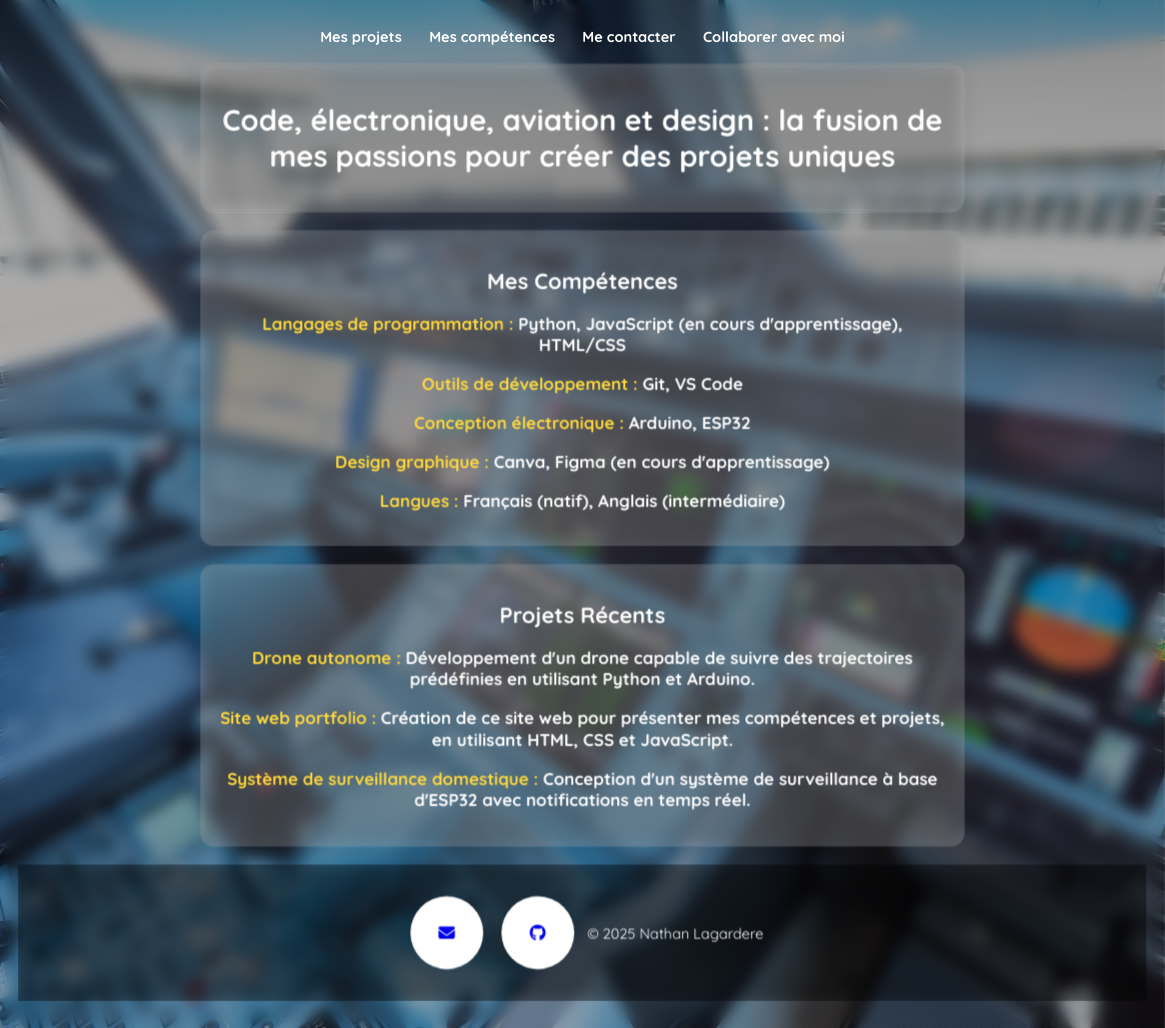
Repository: nlagardere/myportfolio
Page: index - Copie.html
These files come from the project's save history. The page is drawn as it stood at one moment and after a run of saves; the edit follows.
The browser window is 1280 px wide. The pictures show the whole page, at 91% of full size.

Above is the page before, as saved 2025-09-06 10:28:15.

### index - Copie.html
<!DOCTYPE html>
<html lang="fr">
<head>
  <meta charset="UTF-8">
  <meta name="viewport" content="width=device-width, initial-scale=1.0">
  <title>Portfolio</title>

  <!-- Google Fonts -->
  <link href="https://fonts.googleapis.com/css2?family=Exo+2:wght@400;700&family=Quicksand:wght@400;700&display=swap" rel="stylesheet">
  <!-- Font Awesome -->
  <link rel="stylesheet" href="https://cdnjs.cloudflare.com/ajax/libs/font-awesome/6.5.0/css/all.min.css">

  <style>
    /* ========== BODY & LAYOUT ========== */
    body {
      font-family: 'Quicksand', sans-serif;
      margin: 0;
      padding: 0;
      min-height: 100vh;
      display: flex;
      flex-direction: column;
      background: url('a350.jpg') no-repeat center center;
      background-size: cover;
      color: #fff;
    }

    header {
      text-align: center;
      padding: 30px 20px;
      background: rgba(0,0,0,0.3);
      backdrop-filter: blur(8px);
    }

    /* ========== GLASS CARD ========== */
    .glasscard, .competences {
      background: rgba(255, 255, 255, 0.2);
      border-radius: 15px;
      padding: 20px;
      margin: 20px auto;
      max-width: 800px;
      backdrop-filter: blur(10px);
      box-shadow: 0 4px 30px rgba(0,0,0,0.1);
      text-align: center;
      animation: zoomPop 1s ease forwards;
      color: white;
    }

    .highlight {
      color: #FFD93D;
      font-weight: bold;
    }

    @keyframes zoomPop {
      0% { opacity: 0; transform: scale(0.1) translateZ(-800px); }
      60% { opacity: 1; transform: scale(1.2) translateZ(50px); }
      80% { transform: scale(0.95) translateZ(0); }
      100% { opacity: 1; transform: scale(1) translateZ(0); }
    }

    /* ========== ACRONYM ========== */
    .acronym-container {
      display: flex;
      justify-content: center;
      gap: 10px;
      flex-wrap: wrap;
      perspective: 1000px;
    }

    .letter-block {
      flex: none;
      text-align: center;
      opacity: 0;
      transform: scale(0.1) translateZ(-800px);
      animation: zoomPop 0.8s cubic-bezier(0.25, 1.5, 0.5, 1) forwards;
    }

    .letter-block:nth-child(1) { animation-delay: 0s; }
    .letter-block:nth-child(2) { animation-delay: 0.1s; }
    .letter-block:nth-child(3) { animation-delay: 0.2s; }
    .letter-block:nth-child(4) { animation-delay: 0.3s; }
    .letter-block:nth-child(5) { animation-delay: 0.4s; }
    .letter-block:nth-child(6) { animation-delay: 0.5s; }

    .letter-block .letter {
      font-size: 4em;
      font-weight: bold;
      font-family: 'Exo 2', sans-serif;
      background: linear-gradient(45deg, #FF6B6B, #FFD93D);
      -webkit-background-clip: text;
      -webkit-text-fill-color: transparent;
      transition: filter 0.2s;
    }

    .letter-block .letter:hover {
      filter: brightness(1.2);
    }

    .letter-block .desc {
      font-size: 1.2em;
      margin-top: 5px;
    }

    /* ========== SOCIAL ICONS ========== */
    .wrapper {
      display: inline-flex;
      justify-content: center;
      list-style: none;
      padding: 20px 0;
      margin: 0 auto;
    }

    .wrapper .icon {
      position: relative;
      background: #ffffff;
      border-radius: 50%;
      padding: 15px;
      margin: 0 10px;
      width: 50px;
      height: 50px;
      font-size: 18px;
      display: flex;
      justify-content: center;
      align-items: center;
      cursor: pointer;
      transition: all 0.2s cubic-bezier(0.68, -0.55, 0.265, 1.55);
    }

    .wrapper .tooltip {
      position: absolute;
      bottom: 100%;
      left: 50%;
      transform: translateX(-50%) translateY(-10px);
      font-size: 14px;
      background: #333;
      color: #fff;
      padding: 5px 8px;
      border-radius: 5px;
      opacity: 0;
      pointer-events: none;
      white-space: nowrap;
      transition: all 0.3s cubic-bezier(0.68, -0.55, 0.265, 1.55);
      z-index: 10;
    }

    .wrapper .tooltip::before {
      content: "";
      position: absolute;
      top: 100%;
      left: 50%;
      transform: translateX(-50%) rotate(45deg);
      width: 8px;
      height: 8px;
      background: #333;
    }

    .wrapper .icon:hover .tooltip {
      opacity: 1;
      pointer-events: auto;
      transform: translateX(-50%) translateY(-15px);
    }

    .wrapper .mail:hover,
    .wrapper .mail:hover .tooltip,
    .wrapper .mail:hover .tooltip::before {
      background: #00CED1;
      color: #fff;
    }

    .wrapper .github:hover,
    .wrapper .github:hover .tooltip,
    .wrapper .github:hover .tooltip::before {
      background: #333333;
      color: #fff;
    }

    /* ========== FOOTER ========== */
    .footer{
      text-align: center;
      padding: 15px 20px;
      background: rgba(0,0,0,0.3);
      backdrop-filter: blur(8px);
      color: white;
      margin-top: auto; /* ça force le footer en bas */

    }

    /* ========== NAVBAR ========== */
    .navbar ul {
      list-style: none;
      padding: 0;
      margin: 0;
      display: flex;
      justify-content: center;
      gap: 30px;
      flex-wrap: wrap;
    }
    .navbar ul li {
      display: inline;
    }
    .navbar ul li a {
      text-decoration: none;
      color: white;
      font-weight: bold;
      transition: color 0.3s;
    }
    .navbar ul li a:hover {
      color: #FFD93D;
    }


    /* ========== RESPONSIVE ========== */
    @media (max-width: 600px) {
      .letter-block .letter {
        font-size: 2.5em;
      }
    }

  </style>
</head>
<body>
  <header>
    <nav class="navbar">
      <ul>
        <li><a href="projects.html">Mes projets</a></li>
        <li><a href="competences.html">Mes compétences</a></li>
        <li><a href="contact.html">Me contacter</a></li>
        <li><a href="collaborate.html">Collaborer avec moi</a></li>
      </ul>
    </nav>

  <div class="glasscard">
    <h1>Code, électronique, aviation et design : la fusion de mes passions pour créer des projets uniques</h1>
  </div>

  <div class="competences">
    <h2>Mes Compétences</h2>
    <h3><span class="highlight">Langages de programmation :</span> Python, JavaScript (en cours d'apprentissage), HTML/CSS</h3>
    <h3><span class="highlight">Outils de développement :</span> Git, VS Code</h3>
    <h3><span class="highlight">Conception électronique :</span> Arduino, ESP32</h3>
    <h3><span class="highlight">Design graphique :</span> Canva, Figma (en cours d'apprentissage)</h3>
    <h3><span class="highlight">Langues :</span> Français (natif), Anglais (intermédiaire)</h3>
  </div>

  <div calss="projects">
    <div class="glasscard">
      <h2>Projets Récents</h2>
      <h3><span class="highlight">Drone autonome :</span> Développement d'un drone capable de suivre des trajectoires prédéfinies en utilisant Python et Arduino.</h3>
      <h3><span class="highlight">Site web portfolio :</span> Création de ce site web pour présenter mes compétences et projets, en utilisant HTML, CSS et JavaScript.</h3>
      <h3><span class="highlight">Système de surveillance domestique :</span> Conception d'un système de surveillance à base d'ESP32 avec notifications en temps réel.</h3>
    </div>
  </div>




  <div class="footer">
    <ul class="wrapper">
      <li class="icon mail">
        <a href="mailto:nathan.lagardere@gmail.com" target="_blank">
          <span class="tooltip">Mail</span>
          <i class="fas fa-envelope"></i>
        </a>
      </li>
      <li class="icon github">
        <a href="https://github.com/nlagardere" target="_blank">
          <span class="tooltip">Github</span>
          <i class="fab fa-github"></i>
        </a>
      </li>
    </ul>
    © 2025 Nathan Lagardere
  </div>
</body>
</html>

After the next 2 saves:
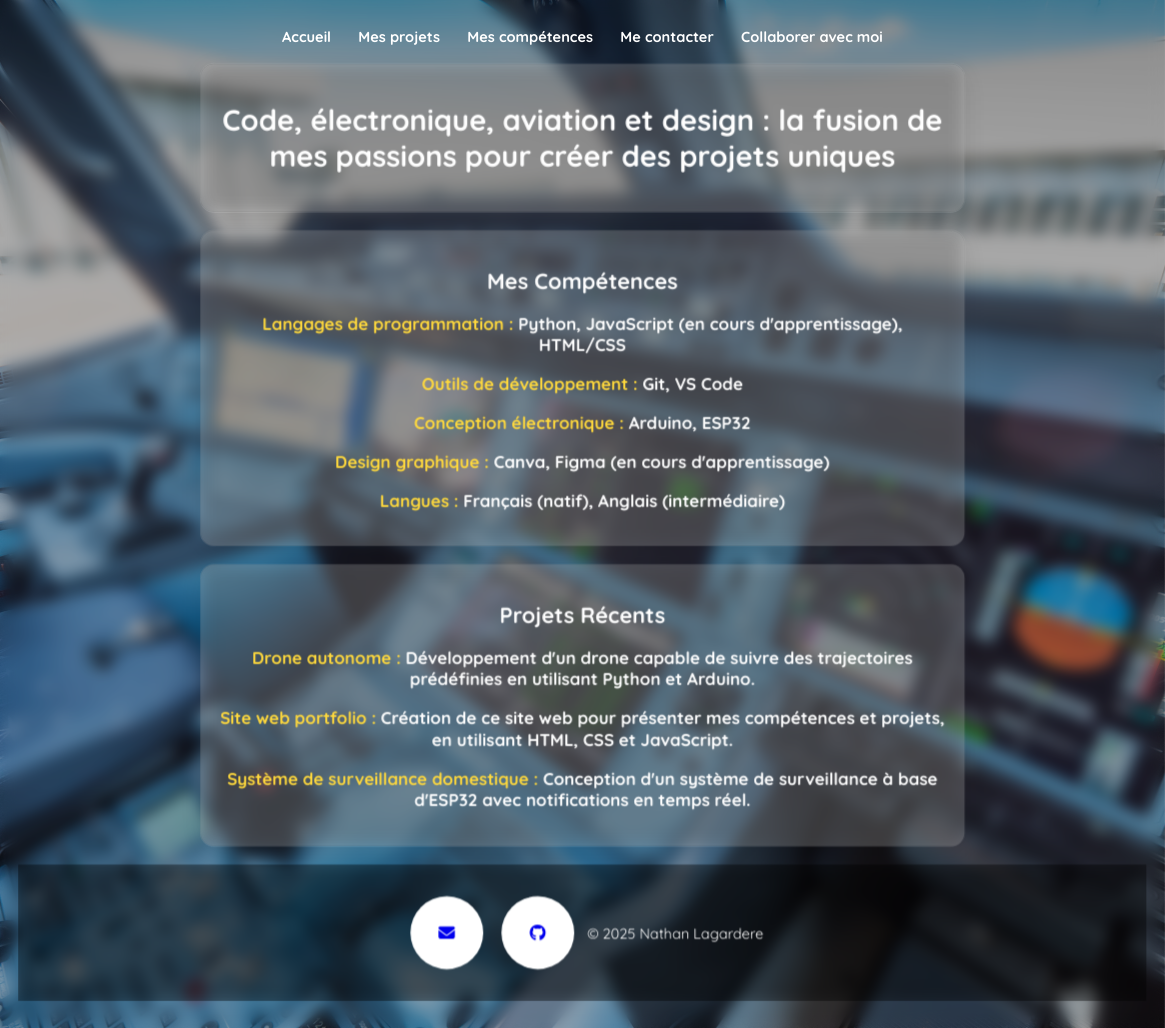
The 2 saves are shown as one change because they came seconds apart.
The last was saved 21 s later.
--- a/index - Copie.html
+++ b/index - Copie.html
@@ -221,6 +221,7 @@
   <header>
     <nav class="navbar">
       <ul>
+        <li><a href="index.html">Accueil</a></li>
         <li><a href="projects.html">Mes projets</a></li>
         <li><a href="competences.html">Mes compétences</a></li>
         <li><a href="contact.html">Me contacter</a></li>
